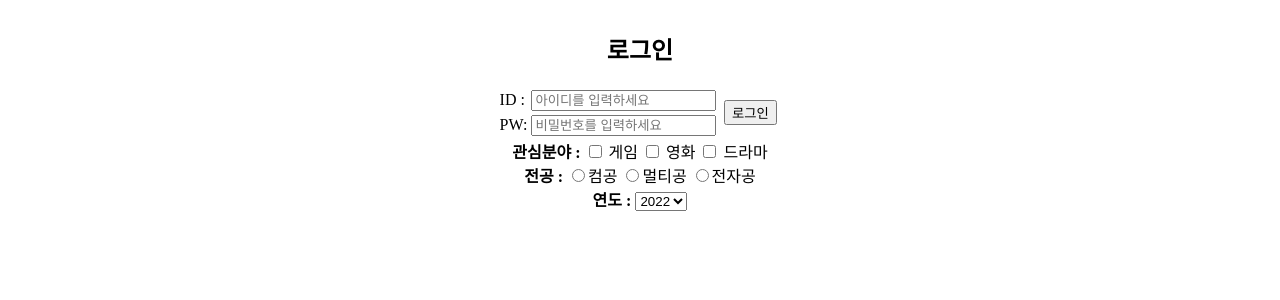
Repository: umhayun/myJSP
Page: HTML/src/main/webapp/login.html
The author's editor kept a copy of each file at every save. The page is drawn from the files as they stood at one save, then again after the next save.
The browser window is 1280 px wide. The pictures show the whole page.

Above is the page before, as saved 2022-01-18 02:06:52.

After the next save:
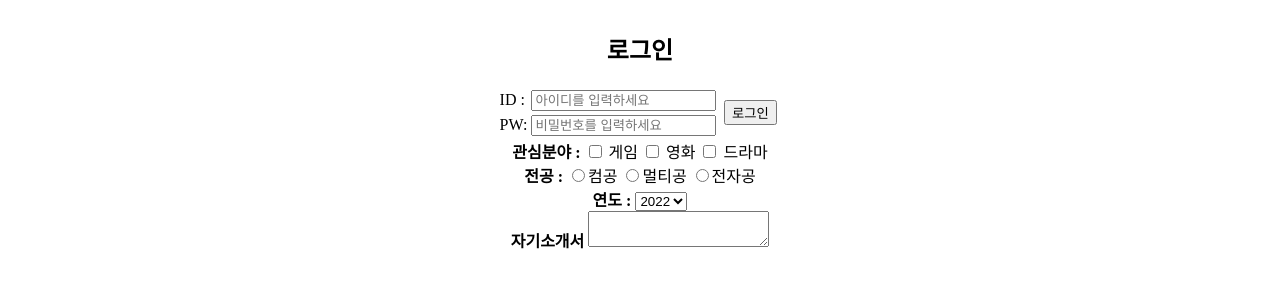
Saved 117 s later.
--- a/HTML/src/main/webapp/login.html
+++ b/HTML/src/main/webapp/login.html
@@ -46,7 +46,9 @@
 <option>2019</option>
 <option>2018</option>
 </select>
-
+<br>
+<strong>자기소개서</strong>
+<textarea></textarea>
 </form>
 
 </body>
